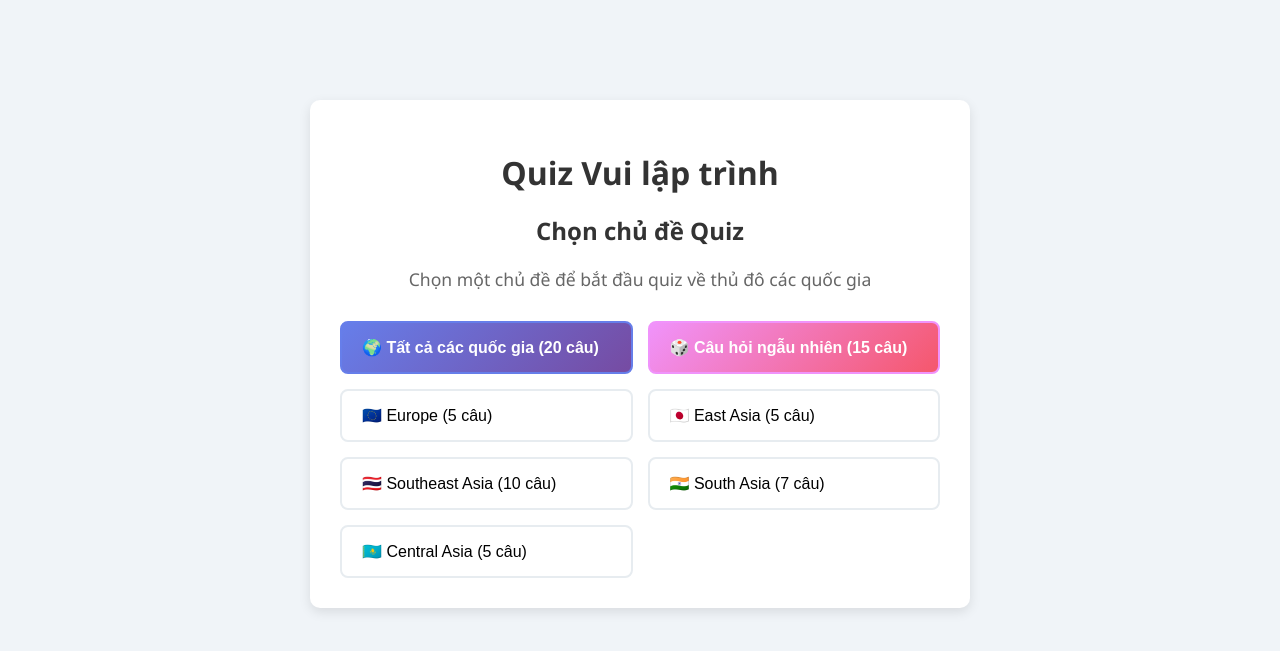
Repository: HuynhPPP/Quiz_App
Page: /
These files come from the project's save history. The page is drawn as it stood at one moment and after the next save; the edit follows.
The browser window is 1280 px wide. The pictures show the whole page.
The project was rebuilt for these pictures with package versions that can differ from the ones it lists, and the page was loaded fresh each time. Also part of the build but not shown: vite.config.js, src/components/Resutl.jsx, src/components/Review.jsx.

Above is the page before, as saved 2025-09-26 15:35:04.

After the next save:
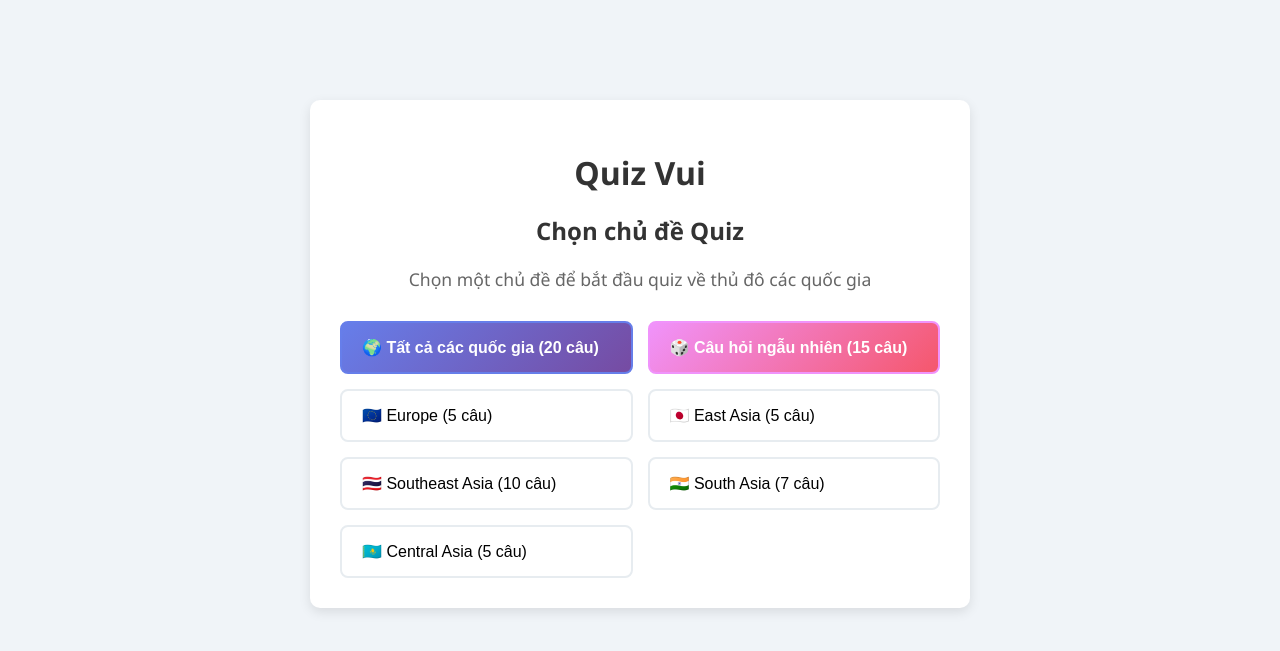
Saved 47 s later.
--- a/src/App.jsx
+++ b/src/App.jsx
@@ -3,7 +3,7 @@ import Quiz from "./components/Quiz"
 function App() {
   return (
     <div className="container">
-      <h1>Quiz Vui lập trình</h1>
+      <h1>Quiz Vui</h1>
       <Quiz />
 
     </div>
